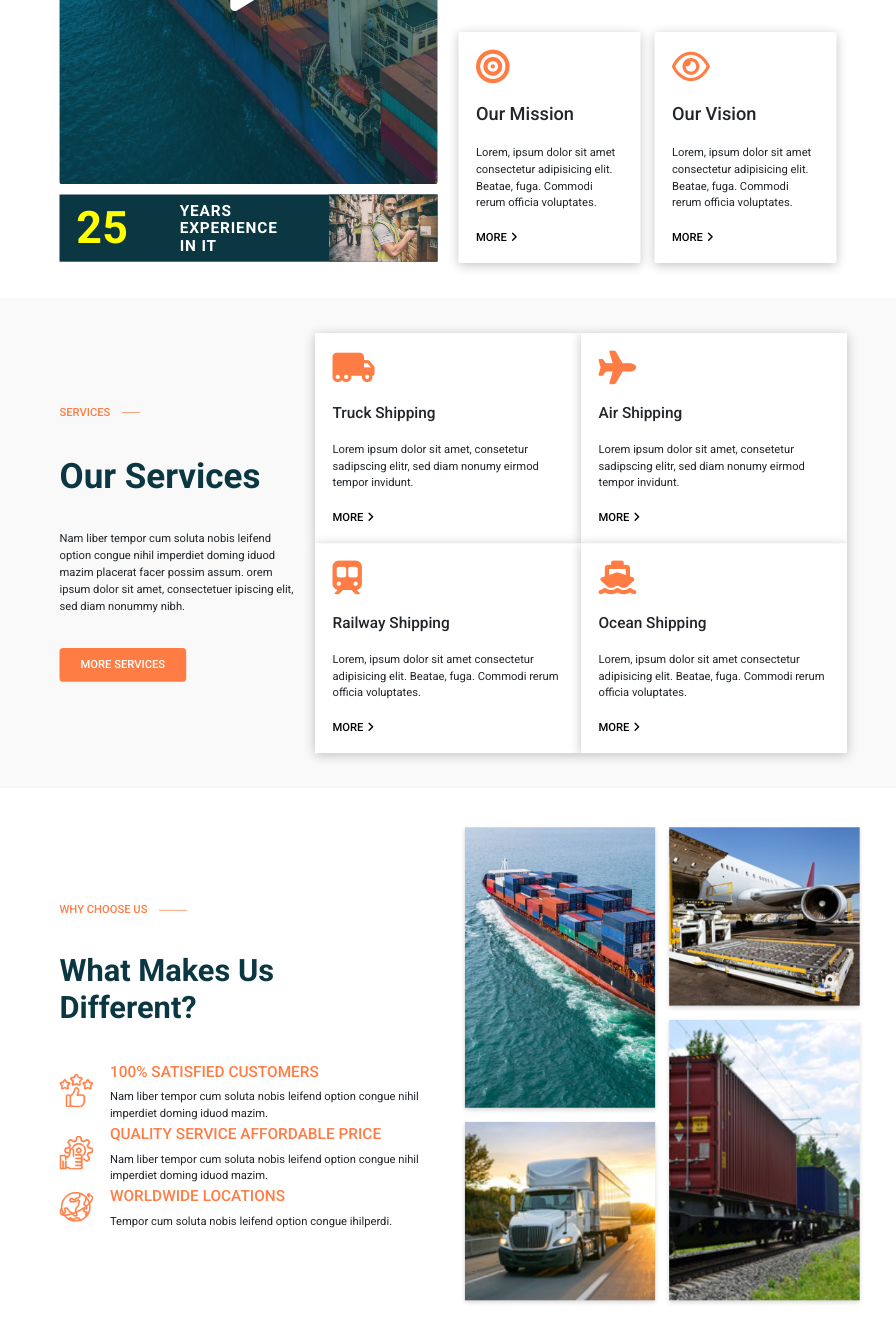
Repository: nazmulalok/shipping-theme
Page: index.html
These files come from the project's save history. The page is drawn as it stood at one moment and after the next save; the edit follows.
The browser window is 1280 px wide. The pictures show the part of the page from y = 1327 to 3247 px (the page is 3247 px tall), at 70% of full size.
Some web libraries are served in a nearby version.

Above is the page before, as saved 2022-10-08 23:33:16.

After the next save:
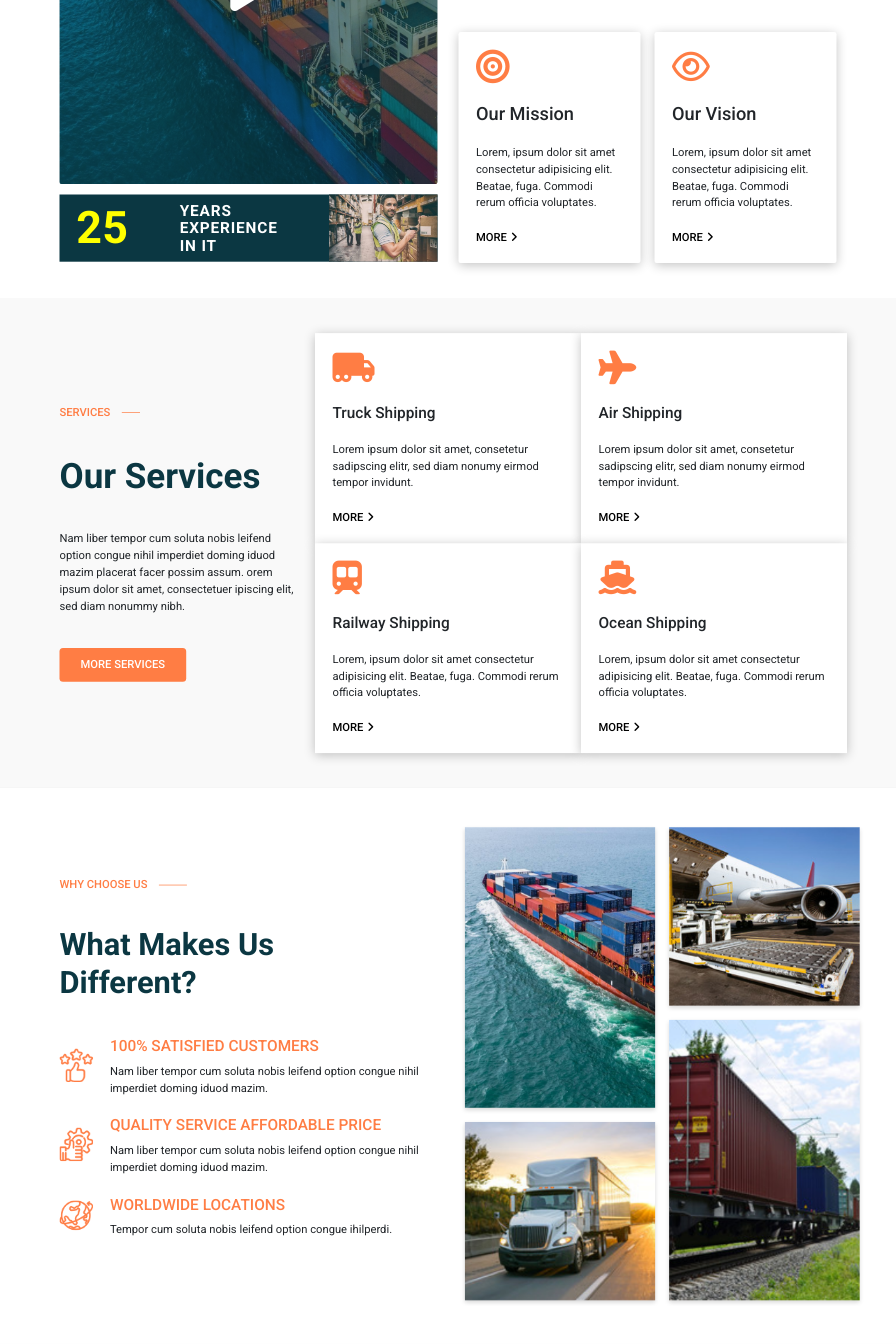
Saved 38 s later.
--- a/index.html
+++ b/index.html
@@ -224,7 +224,7 @@
                         <h3 class="mb-5">What Makes Us <br>
                             Different?</h3>
                         <div class="why-choose-box">
-                            <div class="common-box d-flex align-items-center">
+                            <div class="common-box d-flex align-items-center mb-4">
                                 <div class="img-box mr-4">
                                     <img src="images/satisfied-customers.png" alt="Satisfied Customers">
                                 </div>
@@ -236,7 +236,7 @@
                                         doming iduod mazim.</p>
                                 </div>
                             </div>
-                            <div class="common-box d-flex align-items-center">
+                            <div class="common-box d-flex align-items-center mb-4">
                                 <div class="img-box mr-4">
                                     <img src="images/quality-services.png" alt="Quality Services">
                                 </div>
@@ -248,7 +248,7 @@
                                         doming iduod mazim.</p>
                                 </div>
                             </div>
-                            <div class="common-box d-flex align-items-center">
+                            <div class="common-box d-flex align-items-center mb-4">
                                 <div class="img-box mr-4">
                                     <img src="images/worldwide-locations.png" alt="Worldwide Locations">
                                 </div>
